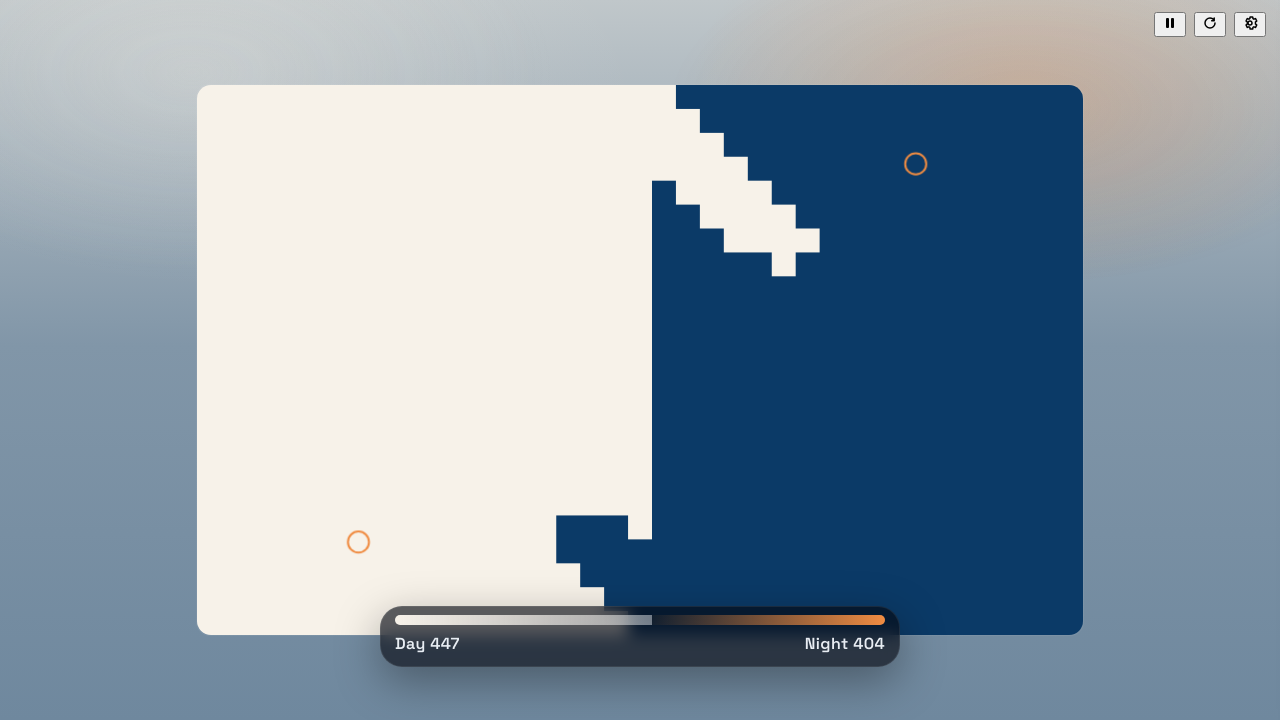
Repository: trevor050/pong
Page: index.html
The author's editor kept a copy of each file at every save. The page is drawn from the files as they stood at one save, then again after the next save.
The browser window is 1280 px wide. The pictures show the whole page.

Above is the page before, as saved 2025-12-06 18:50:21.

After the next save:
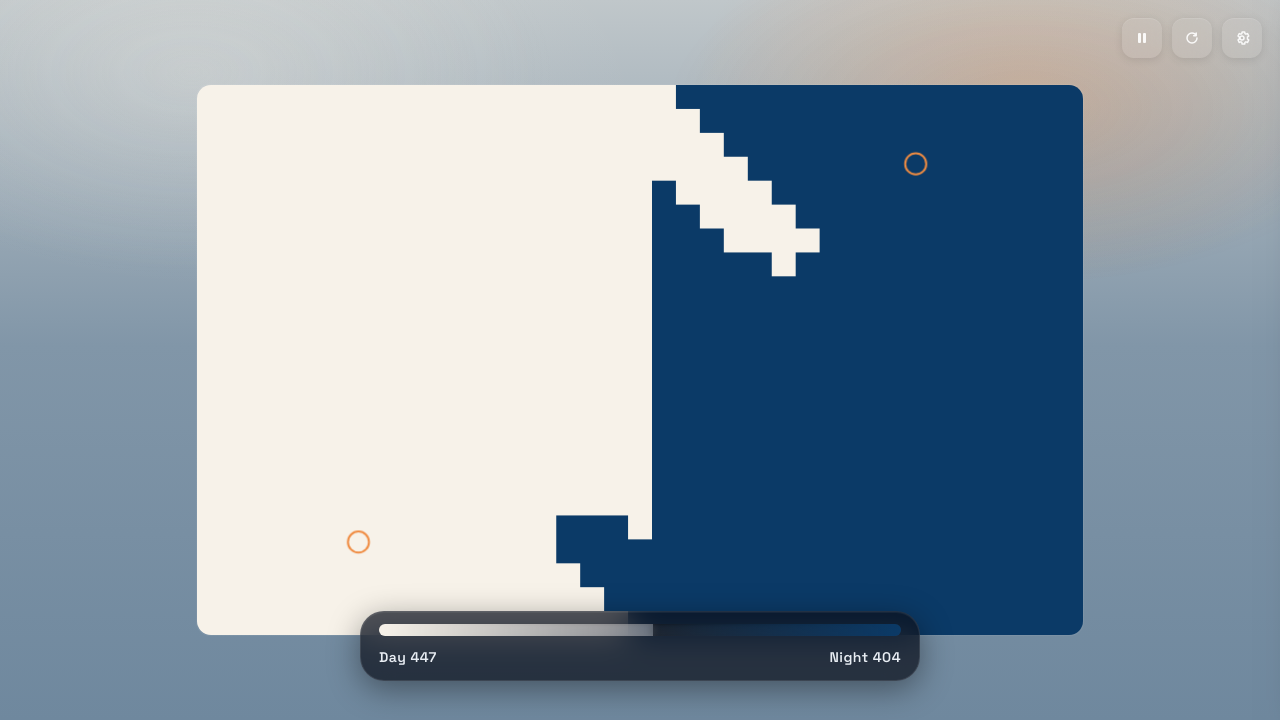
Saved 36 s later.
--- a/styles.css
+++ b/styles.css
@@ -33,11 +33,43 @@ body {
 
 .chrome-controls {
   position: fixed;
-  top: 12px;
-  right: 14px;
-  display: flex;
-  gap: 8px;
-  z-index: 10;
+  top: 18px;
+  right: 18px;
+  display: flex;
+  gap: 10px;
+  z-index: 100;
+}
+
+.icon-control {
+  width: 40px;
+  height: 40px;
+  border: none;
+  background: rgba(255, 255, 255, 0.08);
+  backdrop-filter: blur(12px);
+  -webkit-backdrop-filter: blur(12px);
+  border-radius: 12px;
+  color: rgba(255, 255, 255, 0.9);
+  cursor: pointer;
+  display: flex;
+  align-items: center;
+  justify-content: center;
+  transition: all 0.2s ease;
+  box-shadow: 0 2px 8px rgba(0, 0, 0, 0.1), inset 0 1px 0 rgba(255, 255, 255, 0.1);
+}
+
+.icon-control:hover {
+  background: rgba(255, 255, 255, 0.12);
+  transform: translateY(-1px);
+  box-shadow: 0 4px 12px rgba(0, 0, 0, 0.15), inset 0 1px 0 rgba(255, 255, 255, 0.15);
+}
+
+.icon-control:active {
+  transform: translateY(0);
+  background: rgba(255, 255, 255, 0.06);
+}
+
+.icon-control svg {
+  pointer-events: none;
 }
 
 .shell {
@@ -74,15 +106,16 @@ canvas {
   position: absolute;
   left: 50%;
   transform: translateX(-50%);
-  bottom: -32px;
-  width: 76%;
-  max-width: 520px;
-  background: rgba(5, 8, 18, 0.65);
-  border: 1px solid rgba(255, 255, 255, 0.08);
-  border-radius: 22px;
-  padding: 8px 14px 12px;
-  box-shadow: 0 14px 45px rgba(0, 0, 0, 0.35);
-  backdrop-filter: blur(8px);
+  bottom: -46px;
+  width: 78%;
+  max-width: 560px;
+  background: rgba(8, 12, 24, 0.7);
+  border: 1px solid rgba(255, 255, 255, 0.1);
+  border-radius: 24px;
+  padding: 12px 18px 14px;
+  box-shadow: 0 8px 32px rgba(0, 0, 0, 0.4), inset 0 1px 0 rgba(255, 255, 255, 0.05);
+  backdrop-filter: blur(16px);
+  -webkit-backdrop-filter: blur(16px);
 }
 
 .score-notch.overlay {
@@ -95,11 +128,12 @@ canvas {
 
 .score-notch__bar {
   position: relative;
-  height: 10px;
+  height: 12px;
   border-radius: 999px;
   overflow: hidden;
-  background: rgba(255, 255, 255, 0.06);
-  margin-bottom: 8px;
+  background: rgba(255, 255, 255, 0.08);
+  margin-bottom: 12px;
+  box-shadow: inset 0 1px 3px rgba(0, 0, 0, 0.3);
 }
 
 .score-notch__day,
@@ -111,45 +145,27 @@ canvas {
 
 .score-notch__day {
   left: 0;
-  background: linear-gradient(90deg, var(--day), rgba(255, 255, 255, 0.4));
+  background: linear-gradient(90deg, var(--day), rgba(255, 255, 255, 0.3));
+  box-shadow: 0 0 8px rgba(255, 255, 255, 0.2);
 }
 
 .score-notch__night {
   right: 0;
-  background: linear-gradient(90deg, rgba(0, 0, 0, 0.2), var(--accent));
+  background: linear-gradient(270deg, var(--night), rgba(0, 0, 0, 0.3));
+  box-shadow: 0 0 8px rgba(0, 0, 0, 0.3);
 }
 
 .score-notch__labels {
   display: flex;
   justify-content: space-between;
   align-items: center;
-  gap: 10px;
+  gap: 16px;
 }
 
 .score {
   font-weight: 600;
-  letter-spacing: 0.4px;
-}
-
-.icon {
-  opacity: 0.9;
-}
-
-.chip {
-  border: 1px solid rgba(255, 255, 255, 0.15);
-  background: rgba(255, 255, 255, 0.04);
-  color: #f9fbff;
-  padding: 8px 12px;
-  border-radius: 999px;
-  font-weight: 600;
-  letter-spacing: 0.2px;
-  cursor: pointer;
-}
-
-.chip--accent {
-  background: var(--accent);
-  color: #0d0f1a;
-  border: none;
+  letter-spacing: 0.5px;
+  font-size: 14px;
 }
 
 .drawer {
@@ -159,14 +175,16 @@ canvas {
   width: 320px;
   height: 100vh;
   padding: 18px 18px 22px;
-  background: var(--panel);
-  backdrop-filter: blur(12px);
-  border-left: 1px solid rgba(255, 255, 255, 0.08);
-  box-shadow: -8px 0 30px rgba(0, 0, 0, 0.35);
+  background: rgba(8, 12, 24, 0.85);
+  backdrop-filter: blur(20px);
+  -webkit-backdrop-filter: blur(20px);
+  border-left: 1px solid rgba(255, 255, 255, 0.1);
+  box-shadow: -8px 0 40px rgba(0, 0, 0, 0.5);
   display: flex;
   flex-direction: column;
   gap: 12px;
-  transition: right 0.18s ease-out;
+  transition: right 0.22s cubic-bezier(0.4, 0, 0.2, 1);
+  z-index: 50;
 }
 
 .drawer.open {
@@ -202,6 +220,10 @@ h2 {
 
 .field + .field {
   margin-top: 6px;
+}
+
+.field-spacer {
+  height: 8px;
 }
 
 .field span {
@@ -275,6 +297,24 @@ select {
   margin-top: auto;
 }
 
+.drawer__actions .chip {
+  border: 1px solid rgba(255, 255, 255, 0.15);
+  background: rgba(255, 255, 255, 0.06);
+  color: #f9fbff;
+  padding: 10px 14px;
+  border-radius: 12px;
+  font-weight: 600;
+  letter-spacing: 0.3px;
+  cursor: pointer;
+  transition: all 0.2s ease;
+  flex: 1;
+}
+
+.drawer__actions .chip:hover {
+  background: rgba(255, 255, 255, 0.1);
+  border-color: rgba(255, 255, 255, 0.2);
+}
+
 .icon-btn {
   width: 32px;
   height: 32px;
